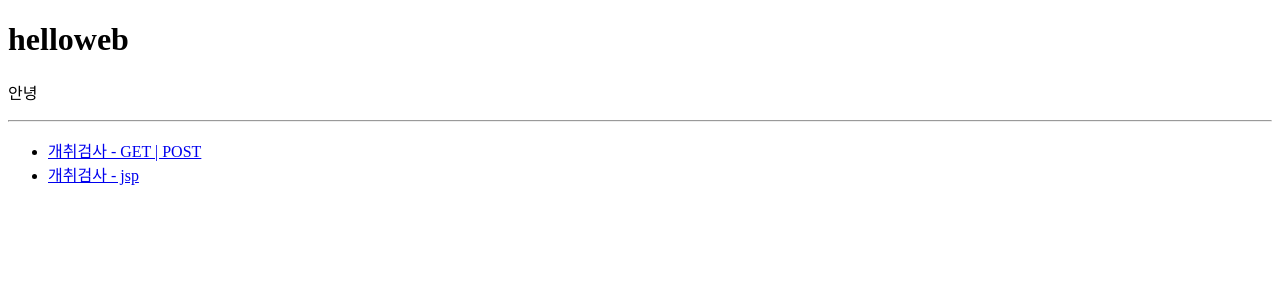
Repository: jsungl/WEBSERVER-WORKSPACE
Page: 01_helloweb/WebContent/index.html
These files come from the project's save history. The page is drawn as it stood at one moment and after the next save; the edit follows.
The browser window is 1280 px wide. The pictures show the whole page.

Above is the page before, as saved 2021-03-24 08:39:20.

### 01_helloweb/WebContent/index.html
<!DOCTYPE html>
<html>
<head>
<meta charset="UTF-8">
<title>helloweb</title>
</head>
<body>
	<h1>helloweb</h1>
	<p>안녕</p>
	<!--  Emmet은 tab으로 해야한다 -->
	<hr />
	<ul>
		<!-- browser(client) 절대주소 작성시, 반드시 context path부터 작성할것. localhost:9090가 자동으로 작성되고 그 이후를 찾게된다-->
		<!-- context path이후의 경로를 WebContent폴더에서 찾게된다 -->
		<li><a href="/web/servlet/testPerson1.html">개취검사 - GET | POST</a></li>
		<li><a href="/web/servlet/testPerson2.html">개취검사 - jsp</a></li>
	</ul>
</body>
</html>

After the next save:
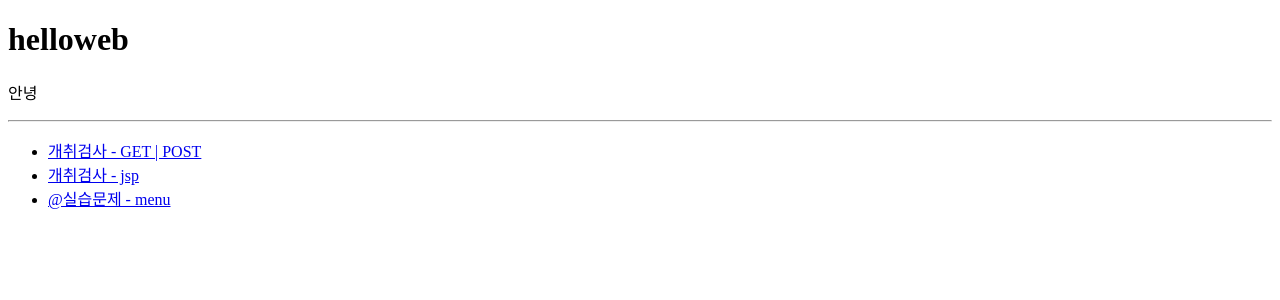
Saved 115 s later.
--- a/01_helloweb/WebContent/index.html
+++ b/01_helloweb/WebContent/index.html
@@ -14,6 +14,7 @@
 		<!-- context path이후의 경로를 WebContent폴더에서 찾게된다 -->
 		<li><a href="/web/servlet/testPerson1.html">개취검사 - GET | POST</a></li>
 		<li><a href="/web/servlet/testPerson2.html">개취검사 - jsp</a></li>
+		<li><a href="/web/menu/menu.jsp">@실습문제 - menu</a></li>
 	</ul>
 </body>
 </html>
